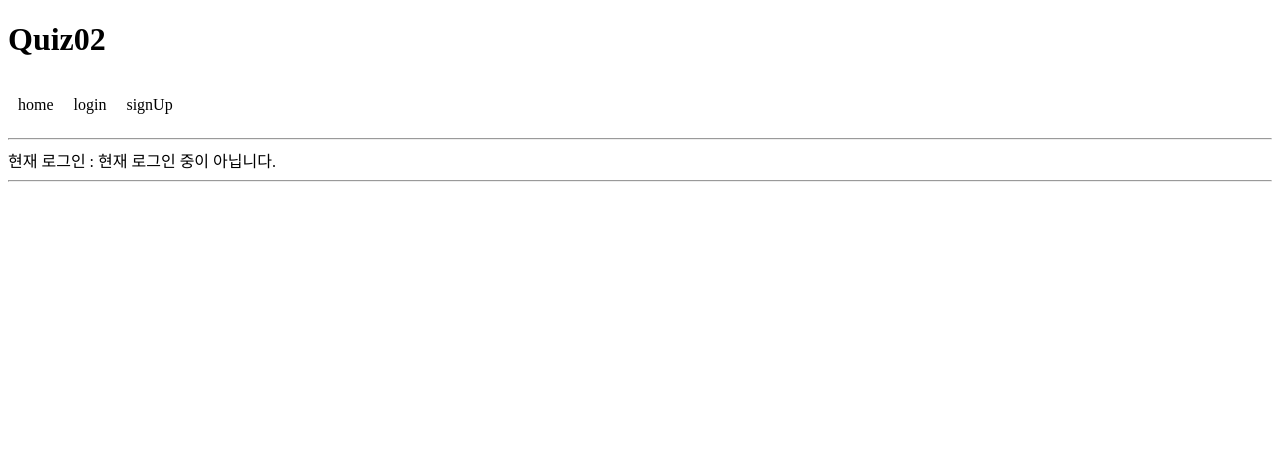
Repository: ChimmyWorld/JSP
Page: http://localhost/Day50/quiz2/find.jsp
These files come from the project's save history. The page is drawn as it stood at one moment and after the next save; the edit follows.
The browser window is 1280 px wide. The pictures show the whole page.
The page is served by Tomcat 9.

Above is the page before, as saved 2023-09-21 02:30:35.

After the next save:
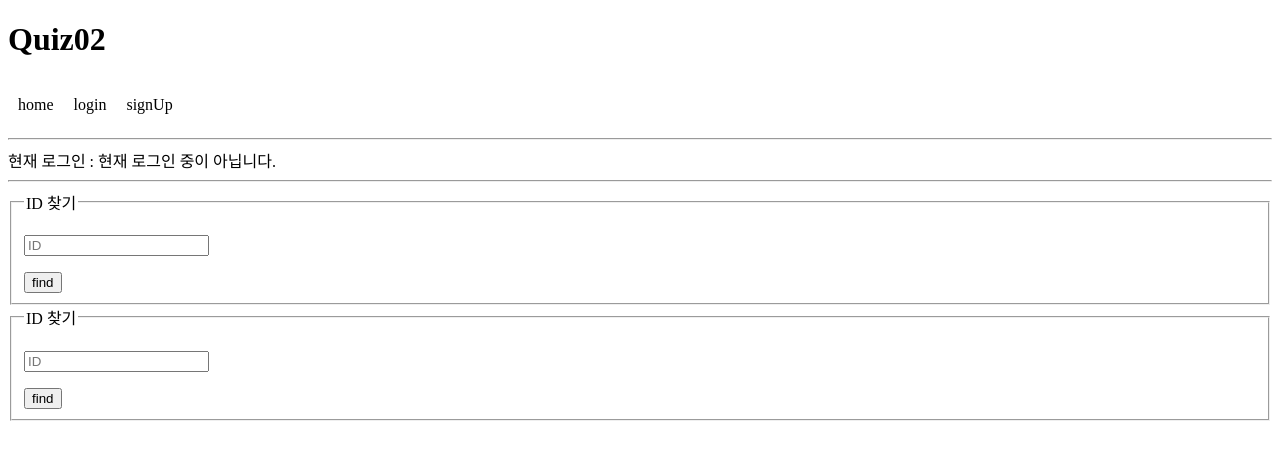
Saved 74 s later.
--- a/Day50/WebContent/quiz2/find.jsp
+++ b/Day50/WebContent/quiz2/find.jsp
@@ -2,6 +2,27 @@
     pageEncoding="UTF-8"%>
 <%@ include file="header.jsp" %>
 
+	<article>
+		<fieldset>
+			<legend>ID 찾기</legend>
 
+			<form action="loginPro.jsp" method="POST">
+				<p><input name="email" type="email" placeholder="ID" required></p>
+
+				<button>find</button>
+			</form>
+		</fieldset>
+
+		<fieldset class="accFind">
+			<legend>ID 찾기</legend>
+
+			<form action="loginPro.jsp" method="POST">
+				<p><input name="email" placeholder="ID" required></p>
+
+				<button>find</button>
+			</form>
+		</fieldset>
+
+	</article>
 </body>
 </html>
